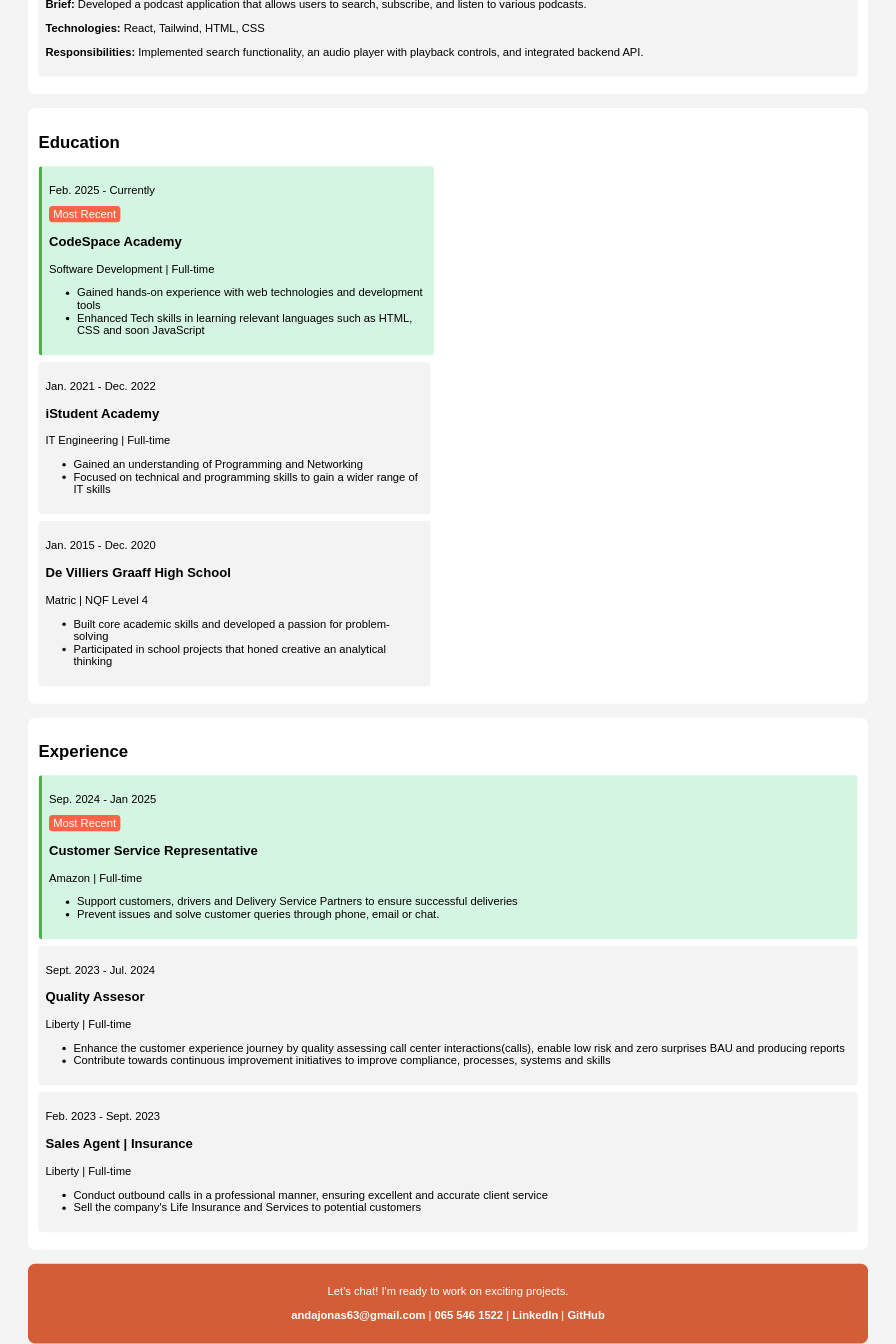
Repository: andajonas/ANDJON25111_fto2502_A2_AndaJonas_SDF_Portfolio_Piece
Page: index.html
These files come from the project's save history. The page is drawn as it stood at one moment and after a run of saves; the edit follows.
The browser window is 1280 px wide. The pictures show the part of the page from y = 1298 to 3218 px (the page is 3218 px tall before and 3035 px after), at 70% of full size.
A picture or video elsewhere on the page could not be fetched, so the positions and the page height are approximate.

Above is the page before, as saved 2025-04-03 18:16:47.

After the next 2 saves:
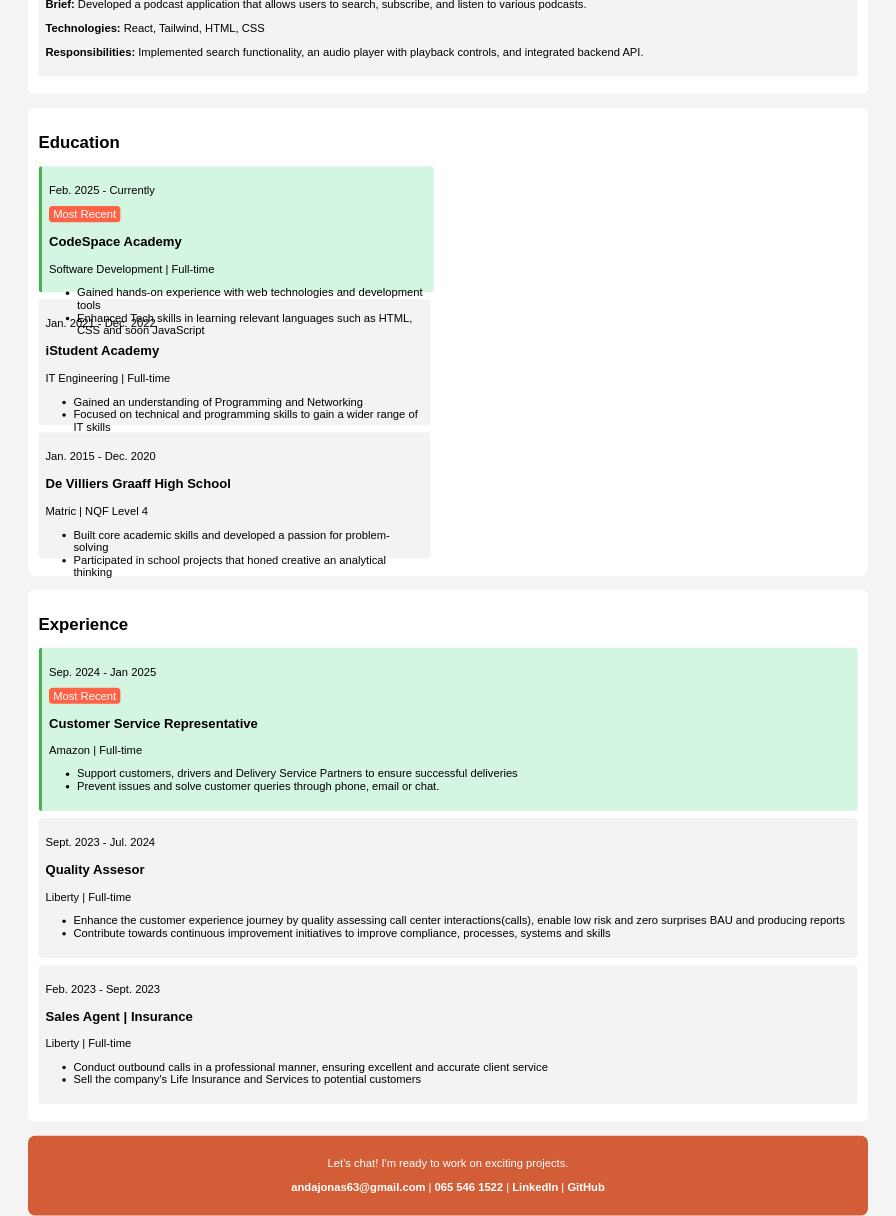
The 2 saves are shown as one change because they came seconds apart.
The last was saved 20 s later.
--- a/styles.css
+++ b/styles.css
@@ -98,6 +98,7 @@ body {
     border-radius: 5px;
     margin-bottom: 10px;
     width: 540px;
+    height: 160px;
 }
 
 /* Experience Section */
